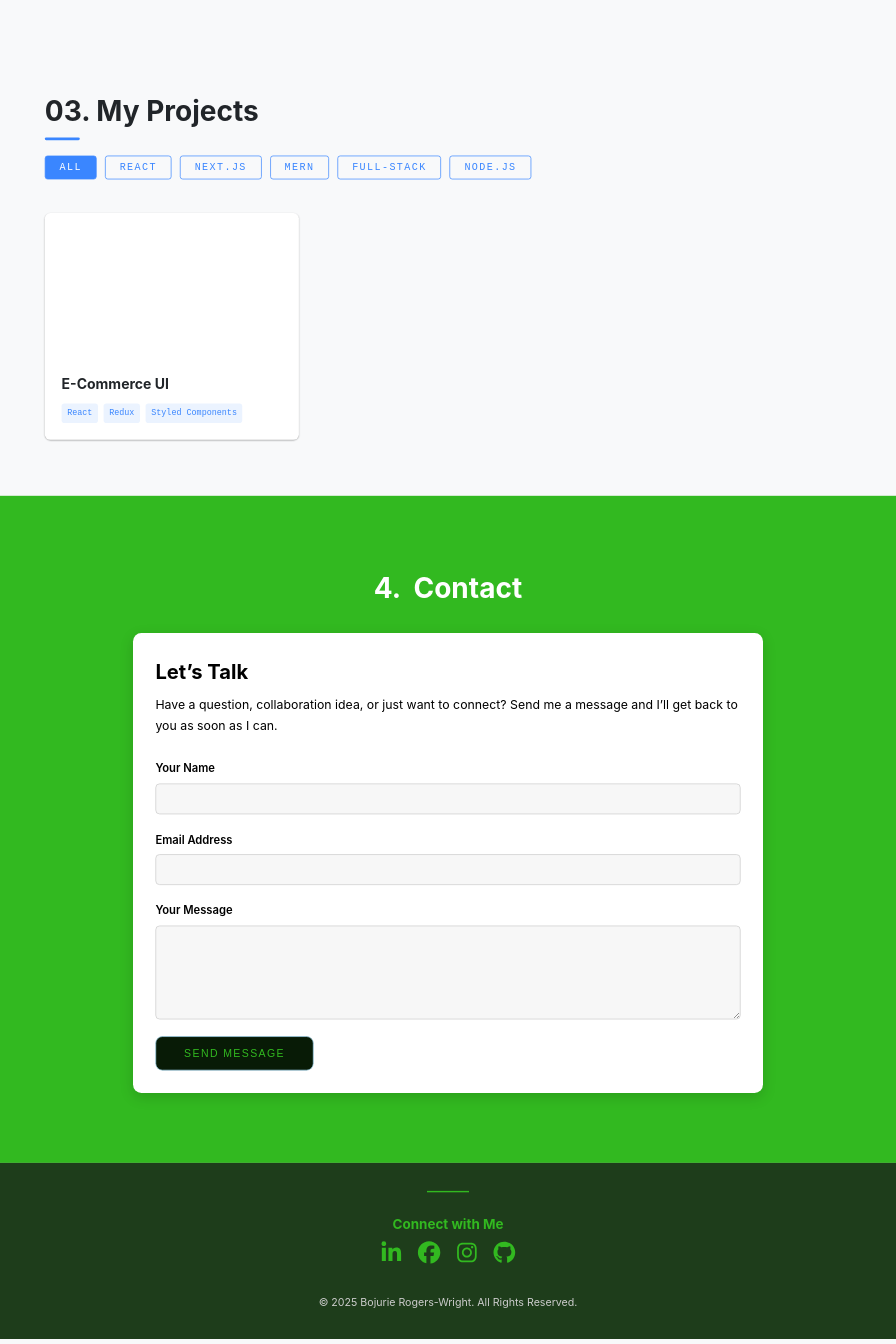
Repository: Bojurie/Portfolio_2022
Page: /
These files come from the project's save history. The page is drawn as it stood at one moment and after the next save; the edit follows.
The browser window is 1280 px wide. The pictures show the part of the page from y = 1815 to 3735 px (the page is 3735 px tall before and 3645 px after), at 70% of full size.
Pictures or frames that could not be fetched are drawn as grey boxes. The project was rebuilt for these pictures with package versions that can differ from the ones it lists, and the page was loaded fresh each time. Also part of the build but not shown: src/component/pages/Resume.css, src/component/pages/Resume.js. Imported but missing from the stored project, and not drawn on this page: src/component/Resume.pdf, src/component/images/video.mp4.

Above is the page before, as saved 2025-04-22 00:32:24.

### public/index.html
<!DOCTYPE html>
<html lang="en">
  <head>
    <meta charset="utf-8" />
    <link rel="icon" href="%PUBLIC_URL%/favicon.ico" />
    <meta name="viewport" content="width=device-width, initial-scale=1" />
    <meta name="theme-color" content="#000000" />
    <meta
      name="description"
      content="Web site created using create-react-app"
    />
    <link rel="apple-touch-icon" href="%PUBLIC_URL%/logo192.png" />


    <link rel="manifest" href="%PUBLIC_URL%/manifest.json" />
    <!--
      Notice the use of %PUBLIC_URL% in the tags above.
      It will be replaced with the URL of the `public` folder during the build.
      Only files inside the `public` folder can be referenced from the HTML.

      Unlike "/favicon.ico" or "favicon.ico", "%PUBLIC_URL%/favicon.ico" will
      work correctly both with client-side routing and a non-root public URL.
      Learn how to configure a non-root public URL by running `npm run build`.
    -->
    <title>Bojurie Rogers-Wright | | Tech</title>
     <link rel="shortcut icon" href="%PUBLIC_URL%/favicon.ico">
    <link rel="apple-touch-icon" sizes="180x180" href="/apple-touch-icon.png">
    <link rel="icon" type="image/png" sizes="32x32" href="/favicon-32x32.png">
    <link rel="icon" type="image/png" sizes="16x16" href="/favicon-16x16.png">
    <link rel="manifest" href="/site.webmanifest">


    <link rel="preconnect" href="https://fonts.googleapis.com">
    <link rel="preconnect" href="https://fonts.gstatic.com" crossorigin>
    <link href="https://fonts.googleapis.com/css2?family=Montserrat:ital,wght@0,100;0,200;0,300;0,400;0,500;0,600;0,700;0,800;0,900;1,100;1,200;1,300;1,400;1,500;1,600;1,700;1,800;1,900&family=Roboto:ital,wght@0,300;0,400;0,500;0,700;1,300&display=swap" rel="stylesheet">
  </head>
  <body>
    <noscript>You need to enable JavaScript to run this app.</noscript>
    <div id="root"></div>

   <script>

   </script>
  </body>
</html>

### src/index.js
import React from 'react';
import ReactDOM from 'react-dom';
import App from './App'

ReactDOM.render(
  <React.StrictMode>
      <App />
  </React.StrictMode>,
  document.getElementById("root"))

### src/component/pages/Contact.js
import React, { useState, useRef } from "react";
import emailjs from "@emailjs/browser";
import Button from "../Button";
import "./Contact.css";

const Contact = () => {
  const form = useRef();
  const [submitted, setSubmitted] = useState(false);

  const sendEmail = (e) => {
    e.preventDefault();

    emailjs
      .sendForm(
        "service_sgy2c6a",
        "template_hlu2f0r",
        form.current,
        "user_ekwueKu8ixfoPD5a4qf2n"
      )
      .then(
        (result) => {
          console.log(result.text);
          setSubmitted(true);
        },
        (error) => {
          console.log(error.text);
        }
      );

    e.target.reset();
  };

  return (
    <section className="contact-section" id="contact">
      <div className="contact-container">
        <h2 className="contact-title">
          <span className="highlighted">4.</span> Contact
        </h2>

        <div className="contact-wrapper">
          <div className="contact-info">
            <h3>Let’s Talk</h3>
            <p>
              Have a question, collaboration idea, or just want to connect? Send
              me a message and I’ll get back to you as soon as I can.
            </p>
          </div>

          <form ref={form} onSubmit={sendEmail} className="contact-form">
            {submitted && (
              <p className="success-message">
                ✅ Message sent! Thanks for reaching out.
              </p>
            )}

            <div className="form-group">
              <label htmlFor="name">Your Name</label>
              <input type="text" name="name" id="name" required />
            </div>

            <div className="form-group">
              <label htmlFor="email">Email Address</label>
              <input type="email" name="email" id="email" required />
            </div>

            <div className="form-group">
              <label htmlFor="message">Your Message</label>
              <textarea
                name="message"
                id="message"
                rows="6"
                required
              ></textarea>
            </div>

            <Button type="submit">Send Message</Button>
          </form>
        </div>
      </div>
    </section>
  );
};

export default Contact;

### src/component/Header.js
import React from "react";
import Navbar from "./Navbar";
import "./Header.css";

const Header = () => {
  return (
    <header className="header">
      <Navbar />
    </header>
  );
};

export default Header;

### src/App.css
:root {
  --primary-color: #3a86ff;
  --secondary-color: #8338ec;
  --dark-color: #212529;
  --light-color: #f8f9fa;
  --success-color: #06d6a0;
  --danger-color: #ef476f;
  --warning-color: #ffd166;

  --font-main: 'Inter', -apple-system, BlinkMacSystemFont, sans-serif;
  --font-mono: 'Fira Code', monospace;

  --transition: all 0.3s ease-in-out;
  --shadow-sm: 0 1px 3px rgba(0,0,0,0.12), 0 1px 2px rgba(0,0,0,0.24);
  --shadow-md: 0 4px 6px rgba(0,0,0,0.1), 0 1px 3px rgba(0,0,0,0.08);
  --shadow-lg: 0 10px 25px rgba(0,0,0,0.1), 0 5px 10px rgba(0,0,0,0.05);
}

* {
  margin: 0;
  padding: 0;
  box-sizing: border-box;
}

html {
  scroll-behavior: smooth;
}

body {
  font-family: var(--font-main);
  line-height: 1.6;
  color: var(--dark-color);
  background-color: var(--light-color);
  overflow-x: hidden;
}

.app {
  display: flex;
  flex-direction: column;
  min-height: 100vh;
}

/* Utility Classes */
.container {
  width: 100%;
  max-width: 1200px;
  margin: 0 auto;
  padding: 0 1.5rem;
}

.section {
  padding: 5rem 0;
}

.section-title {
  font-size: 2.5rem;
  margin-bottom: 2rem;
  position: relative;
  display: inline-block;
}

.section-title::after {
  content: '';
  position: absolute;
  bottom: -10px;
  left: 0;
  width: 50px;
  height: 4px;
  background: var(--primary-color);
  border-radius: 2px;
}

.btn {
  display: inline-block;
  padding: 0.8rem 1.5rem;
  border-radius: 4px;
  font-weight: 600;
  text-decoration: none;
  transition: var(--transition);
  cursor: pointer;
  border: none;
}

.btn-primary {
  background: var(--primary-color);
  color: white;
}

.btn-primary:hover {
  background: #2a75e6;
  transform: translateY(-2px);
  box-shadow: var(--shadow-md);
}

.btn-outline {
  background: transparent;
  border: 2px solid var(--primary-color);
  color: var(--primary-color);
}

.btn-outline:hover {
  background: var(--primary-color);
  color: white;
  transform: translateY(-2px);
}

/* Responsive */
@media (max-width: 768px) {
  .section {
    padding: 3rem 0;
  }

  .section-title {
    font-size: 2rem;
  }
}

### src/component/pages/Home.css
.home {
  display: flex;
  flex-direction: column;
  overflow-x: hidden;
}

/* Ensures sections have proper spacing */
.home > section {
  scroll-margin-top: 100px;
}

### src/component/pages/About.css
.about-grid {
  display: grid;
  grid-template-columns: 1fr 2fr;
  gap: 3rem;
  margin-top: 3rem;
}

.about-image-container {
  position: relative;
}

.about-image-wrapper {
  position: relative;
  width: 100%;
  max-width: 300px;
  margin: 0 auto;
}

.about-image {
  width: 100%;
  height: auto;
  border-radius: 4px;
  position: relative;
  z-index: 1;
  filter: grayscale(100%) contrast(1);
  transition: var(--transition);
}

.about-image-border {
  position: absolute;
  width: 100%;
  height: 100%;
  border: 2px solid var(--primary-color);
  border-radius: 4px;
  top: 20px;
  left: 20px;
  z-index: 0;
  transition: var(--transition);
}

.about-image-container:hover .about-image {
  filter: none;
}

.about-image-container:hover .about-image-border {
  top: 15px;
  left: 15px;
}

.about-name {
  font-size: 2rem;
  margin-bottom: 0.5rem;
  color: var(--dark-color);
}

.about-role {
  font-size: 1.25rem;
  color: var(--primary-color);
  margin-bottom: 1.5rem;
}

.about-bio {
  margin-bottom: 2rem;
  font-size: 1.1rem;
}

.about-text {
  margin-bottom: 3rem;
}

.about-text p {
  margin-bottom: 1.5rem;
  line-height: 1.7;
}

.skills-heading {
  font-size: 1.5rem;
  margin-bottom: 1.5rem;
  position: relative;
}

.skills-grid {
  display: grid;
  grid-template-columns: repeat(2, 1fr);
  gap: 1rem;
}

.skill-item {
  display: flex;
  align-items: center;
  gap: 0.75rem;
  font-family: var(--font-mono);
  font-size: 0.9rem;
  color: var(--dark-color);
}

.skill-icon {
  color: var(--primary-color);
  font-size: 1.1rem;
}

@media (max-width: 992px) {
  .about-grid {
    grid-template-columns: 1fr;
  }

  .about-image-wrapper {
    margin-bottom: 3rem;
  }
}

@media (max-width: 576px) {
  .skills-grid {
    grid-template-columns: 1fr;
  }
}

### src/component/pages/Project.css
.project-tabs {
  display: flex;
  flex-wrap: wrap;
  gap: 0.75rem;
  margin-bottom: 3rem;
}

.tab-button {
  padding: 0.5rem 1.25rem;
  border-radius: 4px;
  background: transparent;
  border: 1px solid var(--primary-color);
  color: var(--primary-color);
  font-family: var(--font-mono);
  font-size: 0.9rem;
  cursor: pointer;
  transition: var(--transition);
}

.tab-button.active {
  background: var(--primary-color);
  color: white;
}

.tab-button:not(.active):hover {
  background: rgba(58, 134, 255, 0.1);
}

.project-grid {
  display: grid;
  grid-template-columns: repeat(auto-fill, minmax(300px, 1fr));
  gap: 2rem;
}

.project-card {
  background: white;
  border-radius: 8px;
  overflow: hidden;
  box-shadow: var(--shadow-sm);
  transition: var(--transition);
}

.project-media {
  position: relative;
  width: 100%;
  padding-top: 56.25%; /* 16:9 aspect ratio */
  overflow: hidden;
}

.project-media video {
  position: absolute;
  top: 0;
  left: 0;
  width: 100%;
  height: 100%;
  object-fit: cover;
}

.project-overlay {
  position: absolute;
  top: 0;
  left: 0;
  width: 100%;
  height: 100%;
  background: rgba(0, 0, 0, 0.7);
  display: flex;
  align-items: center;
  justify-content: center;
  opacity: 0;
  transition: var(--transition);
}

.project-card:hover .project-overlay {
  opacity: 1;
}

.project-links {
  display: flex;
  gap: 1.5rem;
}

.project-link {
  display: flex;
  align-items: center;
  gap: 0.5rem;
  color: white;
  text-decoration: none;
  font-weight: 500;
  padding: 0.5rem 1rem;
  border-radius: 4px;
  background: rgba(255, 255, 255, 0.1);
  backdrop-filter: blur(5px);
  transition: var(--transition);
}

.project-link:hover {
  background: var(--primary-color);
}

.project-info {
  padding: 1.5rem;
}

.project-title {
  font-size: 1.25rem;
  margin-bottom: 0.75rem;
}

.project-tags {
  display: flex;
  flex-wrap: wrap;
  gap: 0.5rem;
}

.project-tag {
  font-family: var(--font-mono);
  font-size: 0.75rem;
  padding: 0.25rem 0.5rem;
  background: rgba(58, 134, 255, 0.1);
  color: var(--primary-color);
  border-radius: 4px;
}

@media (max-width: 768px) {
  .project-grid {
    grid-template-columns: 1fr;
  }
}

### src/component/Button.js
import React from 'react'
import './Button.css';

const Button = ({children,type, onClick}) => {
  return (
    <div className='button'>
        <button onClick={onClick} type={type}>
          {children}
        </button>
    </div>
  )
}

export default Button

### src/component/pages/Contact.css
.contact-section {
  background-color: #32b920;
  padding: 100px 20px;
  color: #fff;
}

.contact-container {
  max-width: 900px;
  margin: 0 auto;
}

.contact-title {
  font-size: 2.5rem;
  font-weight: 700;
  margin-bottom: 2rem;
  text-align: center;
}

.highlighted {
  color: #fff;
  margin-right: 0.5rem;
}

.contact-wrapper {
  display: flex;
  flex-direction: column;
  gap: 2rem;
  background: #fff;
  color: #000;
  padding: 2rem;
  border-radius: 12px;
  box-shadow: 0 6px 20px rgba(0, 0, 0, 0.15);
}

.contact-info h3 {
  font-size: 1.8rem;
  margin-bottom: 0.5rem;
}

.contact-info p {
  font-size: 1.1rem;
  line-height: 1.8;
}

.contact-form {
  display: flex;
  flex-direction: column;
  gap: 1.5rem;
}

.form-group {
  display: flex;
  flex-direction: column;
}

.form-group label {
  font-weight: 600;
  margin-bottom: 0.5rem;
}

.form-group input,
.form-group textarea {
  padding: 0.75rem 1rem;
  font-size: 1rem;
  border: 1px solid #ccc;
  border-radius: 6px;
  background-color: #f7f7f7;
  transition: border-color 0.3s ease;
}

.form-group input:focus,
.form-group textarea:focus {
  border-color: #32b920;
  outline: none;
  background-color: #fff;
}

.success-message {
  background-color: #eaffea;
  color: #2e7d32;
  padding: 1rem;
  border-left: 4px solid #2e7d32;
  border-radius: 6px;
  font-size: 1rem;
  font-weight: 500;
}

/* Responsive Styles */
@media screen and (max-width: 768px) {
  .contact-title {
    font-size: 2rem;
  }

  .contact-wrapper {
    padding: 1.5rem;
  }

  .contact-info h3 {
    font-size: 1.5rem;
  }
}

@media screen and (max-width: 480px) {
  .contact-wrapper {
    padding: 1rem;
  }

  .contact-title {
    font-size: 1.6rem;
  }

  .form-group input,
  .form-group textarea {
    font-size: 0.95rem;
  }
}

### src/component/Header.css
.header {
  width: 100%;
  position: sticky;
  top: 0;
  z-index: 1000;
}

### src/component/pages/Footer.css
.footer {
  background-color: rgba(18, 51, 15, 0.95);
  padding: 40px 20px;
  text-align: center;
  color: white;
  position: relative;
}

.footer-wrapper {
  display: flex;
  flex-direction: column;
  align-items: center;
  gap: 20px;
}

.footer-copy {
  font-size: 0.95rem;
  color: #ccc;
  margin-top: 10px;
}

/* Optional subtle border at the top */
.footer::before {
  content: "";
  display: block;
  height: 2px;
  width: 60px;
  background-color: #32b920;
  margin: 0 auto 20px;
}

/* Responsive */
@media screen and (max-width: 768px) {
  .footer-wrapper {
    gap: 15px;
  }

  .footer-copy {
    font-size: 0.85rem;
  }
}

### src/component/Hero.css
.hero {
  position: relative;
  height: 100vh;
  min-height: 600px;
  display: flex;
  align-items: center;
  justify-content: center;
  color: white;
  overflow: hidden;
}

.hero-video-container {
  position: absolute;
  top: 0;
  left: 0;
  width: 100%;
  height: 100%;
  z-index: -1;
}

.hero-video {
  width: 100%;
  height: 100%;
  object-fit: cover;
}

.hero-overlay {
  position: absolute;
  top: 0;
  left: 0;
  width: 100%;
  height: 100%;
  background: rgba(0, 0, 0, 0.5);
}

.hero-content {
  max-width: 800px;
  padding: 2rem;
  text-align: center;
  z-index: 1;
}

.hero-subtitle {
  font-size: 1.5rem;
  margin-bottom: 1rem;
  font-weight: 400;
}

.hero-title {
  font-size: 4rem;
  margin-bottom: 1.5rem;
  line-height: 1.1;
}

.hero-text {
  font-size: 1.25rem;
  margin-bottom: 2.5rem;
  line-height: 1.6;
}

@media (max-width: 768px) {
  .hero-title {
    font-size: 3rem;
  }

  .hero-text {
    font-size: 1.1rem;
  }
}

### src/component/Button.css
button {
  padding: 15px 40px;
  font-size: 15px;
  border-radius: 10px;
  background-color: rgb(8, 27, 6);
  color: rgb(50, 185, 32);
  letter-spacing: 2px;
  text-transform: uppercase;
  border: 1px solid rgb(152, 207, 233);
}


@media screen and (max-width: 414px) {
  button {
    padding: 10px 20px;
    font-size: 13px;
  }
}

### src/component/Navbar.css
.nav {
  width: 100%;
  position: fixed;
  top: 0;
  left: 0;
  z-index: 1000;
  background: rgba(255, 255, 255, 0.95);
  backdrop-filter: blur(10px);
  box-shadow: var(--shadow-sm);
}

.navbar-container {
  display: flex;
  justify-content: space-between;
  align-items: center;
  padding: 1rem 2rem;
  max-width: 1200px;
  margin: 0 auto;
}

.logo-link {
  text-decoration: none;
  color: var(--dark-color);
  font-weight: 700;
  font-size: 1.5rem;
  display: flex;
  align-items: center;
  gap: 0.5rem;
}

.menu-toggle {
  display: none;
  background: none;
  border: none;
  font-size: 1.5rem;
  cursor: pointer;
  color: var(--dark-color);
  z-index: 1001;
}

.nav-links-desktop {
  display: flex;
  gap: 1.5rem;
  list-style: none;
}

.nav-links-desktop li {
  position: relative;
}

.nav-link {
  text-decoration: none;
  color: var(--dark-color);
  font-weight: 500;
  display: flex;
  align-items: center;
  gap: 0.5rem;
  padding: 0.5rem 0;
  position: relative;
  transition: var(--transition);
}

.nav-link:hover {
  color: var(--primary-color);
}

.nav-link::after {
  content: '';
  position: absolute;
  bottom: 0;
  left: 0;
  width: 0;
  height: 2px;
  background: var(--primary-color);
  transition: var(--transition);
}

.nav-link:hover::after {
  width: 100%;
}

.nav-icon {
  font-size: 1.1rem;
}

/* Mobile Menu */
.mobile-menu-backdrop {
  position: fixed;
  top: 0;
  left: 0;
  width: 100%;
  height: 100%;
  background: rgba(0, 0, 0, 0.5);
  z-index: 999;
}

.nav-links-mobile {
  position: fixed;
  top: 0;
  right: 0;
  width: 70%;
  max-width: 300px;
  height: 100%;
  background: white;
  list-style: none;
  padding: 5rem 2rem;
  display: flex;
  flex-direction: column;
  gap: 1.5rem;
  box-shadow: -5px 0 15px rgba(0, 0, 0, 0.1);
  z-index: 1000;
}

.mobile-nav-link {
  text-decoration: none;
  color: var(--dark-color);
  font-weight: 500;
  font-size: 1.2rem;
  display: flex;
  align-items: center;
  gap: 1rem;
  padding: 0.5rem 0;
  transition: var(--transition);
}

.mobile-nav-link:hover {
  color: var(--primary-color);
}

/* Responsive */
@media (max-width: 768px) {
  .menu-toggle {
    display: block;
  }

  .nav-links-desktop {
    display: none;
  }

  .navbar-container {
    padding: 1rem;
  }
}

### src/SocialFollow.css
.social-container {
  padding: 10px 0;
}

.social-container h3 {
  margin-bottom: 10px;
  font-size: 1.2rem;
  color: #32b920;
}

a.social {
  margin: 0 0.75rem;
  transition: transform 250ms ease, color 250ms ease;
  display: inline-block;
  color: #32b920;
}

a.social:hover {
  transform: translateY(-4px);
  color: white;
}

@media screen and (max-width: 414px) {
  .social-container h3 {
    font-size: 1rem;
  }

  a.social {
    margin: 0 0.5rem;
  }
}

Loaded but not shown: src/component/pages/Project.js (137 lines, source omitted); src/component/pages/About.js (114 lines, source omitted); src/component/Navbar.js (106 lines, source omitted); src/App.js (77 lines, source omitted); src/component/Hero.js (51 lines, source omitted); src/SocialFollow.js (51 lines, source omitted); src/component/pages/Home.js (36 lines, source omitted); src/component/pages/Footer.js (22 lines, source omitted)

After the next save:
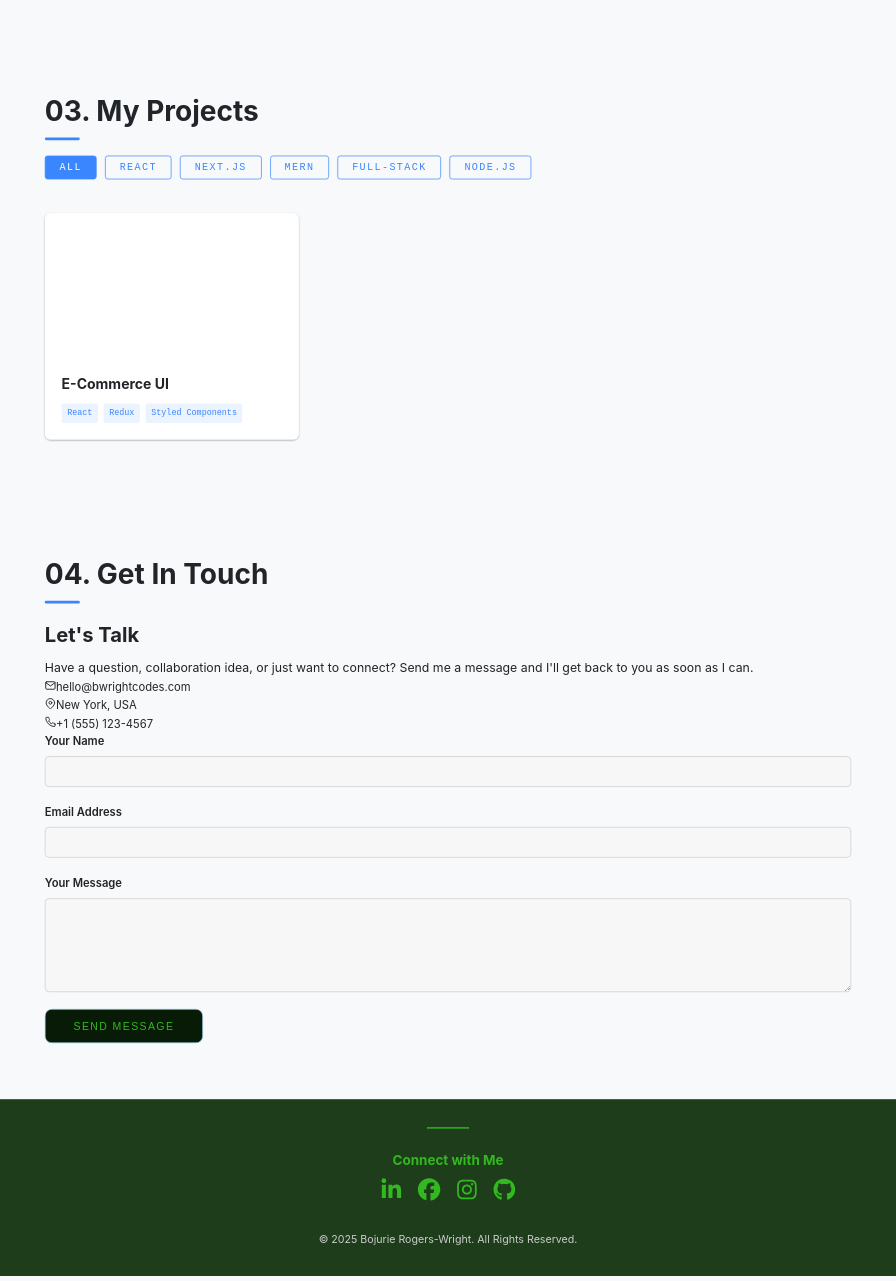
Saved 18 s later.
--- a/src/component/pages/Contact.js
+++ b/src/component/pages/Contact.js
@@ -1,5 +1,7 @@
 import React, { useState, useRef } from "react";
+import { motion } from "framer-motion";
 import emailjs from "@emailjs/browser";
+import { FiMail, FiMapPin, FiPhone } from "react-icons/fi";
 import Button from "../Button";
 import "./Contact.css";
 
@@ -19,8 +21,8 @@ const Contact = () => {
       )
       .then(
         (result) => {
-          console.log(result.text);
           setSubmitted(true);
+          setTimeout(() => setSubmitted(false), 5000);
         },
         (error) => {
           console.log(error.text);
@@ -31,36 +33,88 @@ const Contact = () => {
   };
 
   return (
-    <section className="contact-section" id="contact">
-      <div className="contact-container">
-        <h2 className="contact-title">
-          <span className="highlighted">4.</span> Contact
-        </h2>
+    <section className="section contact" id="contact">
+      <div className="container">
+        <motion.h2
+          className="section-title"
+          initial={{ opacity: 0, y: 20 }}
+          whileInView={{ opacity: 1, y: 0 }}
+          viewport={{ once: true, margin: "-100px" }}
+          transition={{ duration: 0.6 }}
+        >
+          <span className="highlight">04.</span> Get In Touch
+        </motion.h2>
 
-        <div className="contact-wrapper">
-          <div className="contact-info">
-            <h3>Let’s Talk</h3>
-            <p>
+        <div className="contact-grid">
+          <motion.div
+            className="contact-info"
+            initial={{ opacity: 0, x: -20 }}
+            whileInView={{ opacity: 1, x: 0 }}
+            viewport={{ once: true }}
+            transition={{ duration: 0.6 }}
+          >
+            <h3 className="contact-subtitle">Let's Talk</h3>
+            <p className="contact-text">
               Have a question, collaboration idea, or just want to connect? Send
-              me a message and I’ll get back to you as soon as I can.
+              me a message and I'll get back to you as soon as I can.
             </p>
-          </div>
 
-          <form ref={form} onSubmit={sendEmail} className="contact-form">
+            <div className="contact-details">
+              <div className="contact-item">
+                <FiMail className="contact-icon" />
+                <span>hello@bwrightcodes.com</span>
+              </div>
+              <div className="contact-item">
+                <FiMapPin className="contact-icon" />
+                <span>New York, USA</span>
+              </div>
+              <div className="contact-item">
+                <FiPhone className="contact-icon" />
+                <span>+1 (555) 123-4567</span>
+              </div>
+            </div>
+          </motion.div>
+
+          <motion.form
+            ref={form}
+            onSubmit={sendEmail}
+            className="contact-form"
+            initial={{ opacity: 0, x: 20 }}
+            whileInView={{ opacity: 1, x: 0 }}
+            viewport={{ once: true }}
+            transition={{ duration: 0.6, delay: 0.2 }}
+          >
             {submitted && (
-              <p className="success-message">
-                ✅ Message sent! Thanks for reaching out.
-              </p>
+              <motion.div
+                className="success-message"
+                initial={{ opacity: 0, y: 10 }}
+                animate={{ opacity: 1, y: 0 }}
+                exit={{ opacity: 0, y: -10 }}
+              >
+                ✅ Message sent! I'll get back to you soon.
+              </motion.div>
             )}
 
             <div className="form-group">
               <label htmlFor="name">Your Name</label>
-              <input type="text" name="name" id="name" required />
+              <input
+                type="text"
+                name="name"
+                id="name"
+                required
+                className="form-input"
+              />
             </div>
 
             <div className="form-group">
               <label htmlFor="email">Email Address</label>
-              <input type="email" name="email" id="email" required />
+              <input
+                type="email"
+                name="email"
+                id="email"
+                required
+                className="form-input"
+              />
             </div>
 
             <div className="form-group">
@@ -70,11 +124,14 @@ const Contact = () => {
                 id="message"
                 rows="6"
                 required
+                className="form-textarea"
               ></textarea>
             </div>
 
-            <Button type="submit">Send Message</Button>
-          </form>
+            <Button type="submit" className="form-submit">
+              Send Message
+            </Button>
+          </motion.form>
         </div>
       </div>
     </section>
